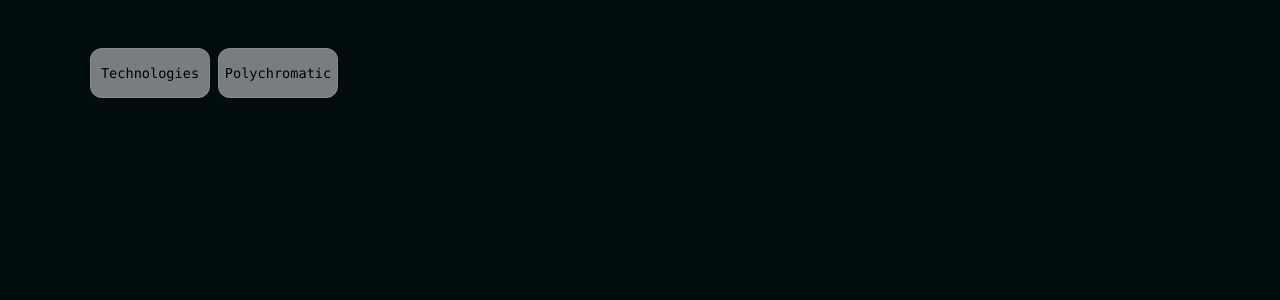
Repository: Baaam0/DCD_week7
Page: /
An editor plug-in stored every save of this project. The page is shown before and after the next save, followed by the edit.
The browser window is 1280 px wide. The pictures show the whole page.
The page's requests for data from a server got no answer. Some web fonts or font styles are not loaded; a fallback is used. The project was rebuilt for these pictures with package versions that can differ from the ones it lists, and the page was loaded fresh each time. The framework's server and built-in components were replaced by stand-ins that run in the browser. No one was signed in, and anything a server would have sent is missing. Also part of the build but not shown: next.config.js.

Above is the page before, as saved 2023-02-18 02:03:07.

After the next save:
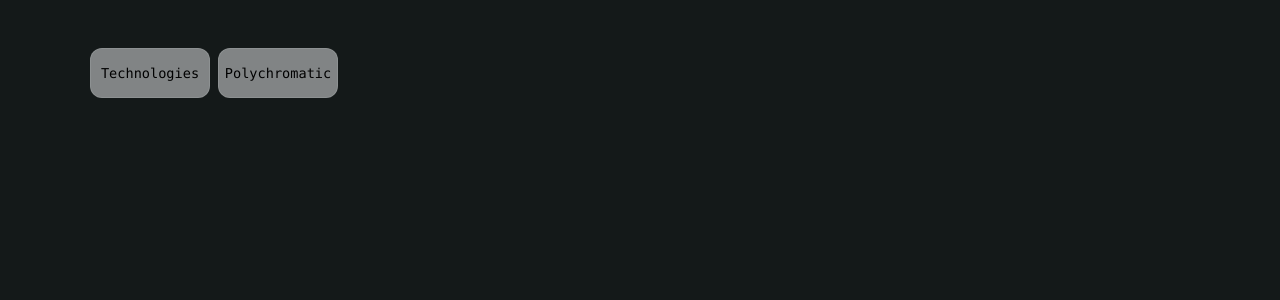
Saved 5 s later.
--- a/styles/Home.module.css
+++ b/styles/Home.module.css
@@ -8,7 +8,7 @@
   align-items: center;
   padding: 3rem;
   min-height: 100vh;
-  background-color: rgb(2, 13, 15)
+  background-color: rgb(20, 25, 25)
 }
 
 .description {
